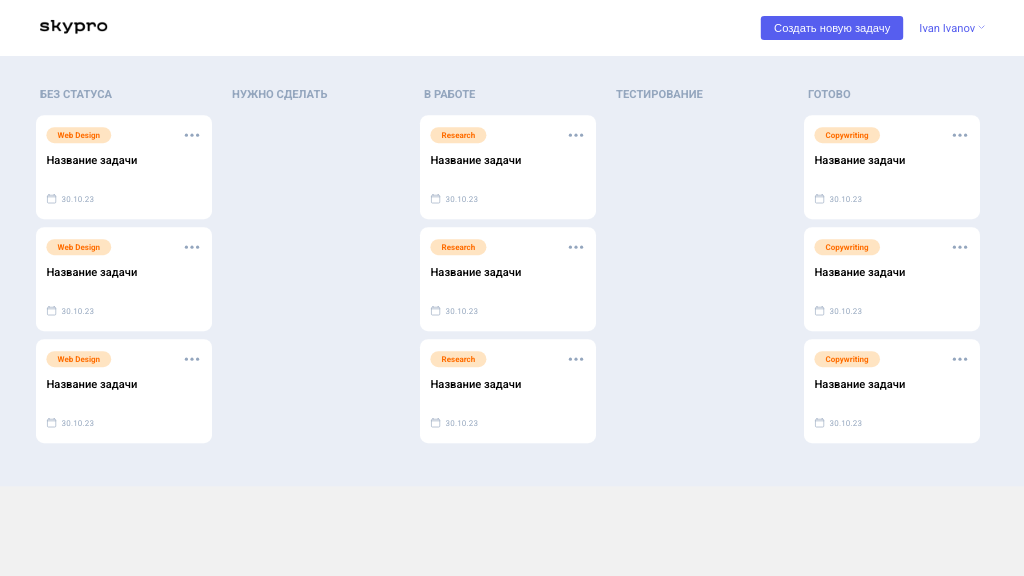
Repository: Olchik-resh/skypro-kanban
Page: /
The author's editor kept a copy of each file at every save. The page is drawn from the files as they stood at one save, then again after the next save.
The browser window is 1280 px wide. The pictures show the whole page, at 80% of full size.
The project was rebuilt for these pictures with package versions that can differ from the ones it lists, and the page was loaded fresh each time. Also part of the build but not shown: vite.config.js.

Above is the page before, as saved 2025-07-28 16:41:59.

After the next save:
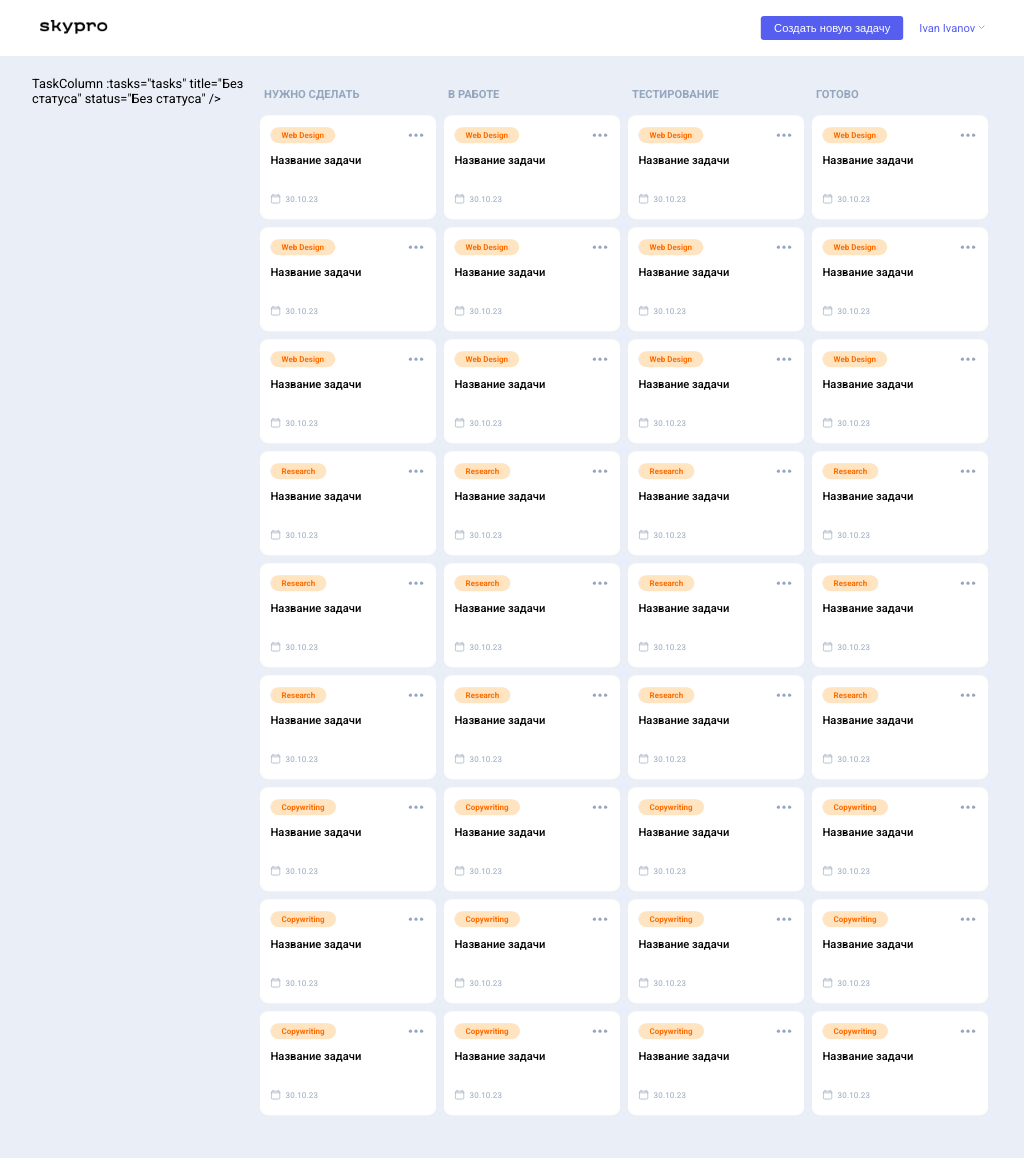
Saved 110 s later.
--- a/src/components/TaskDesk.vue
+++ b/src/components/TaskDesk.vue
@@ -3,11 +3,11 @@
     <div class="container">
       <div class="main__block">
         <div class="main__content">
-          <TaskColumn :tasks="noStatusTask" title="Без статуса" />
-          <TaskColumn :tasks="doStatusTask" title="Нужно сделать" />
-          <TaskColumn :tasks="workStatusTask" title="В работе" />
-          <TaskColumn :tasks="testStatusTask" title="Тестирование" />
-          <TaskColumn :tasks="readyStatusTask" title="Готово" />
+          TaskColumn :tasks="tasks" title="Без статуса" status="Без статуса" />
+          <TaskColumn :tasks="tasks" title="Нужно сделать" status="Нужно сделать" />
+          <TaskColumn :tasks="tasks" title="В работе" status="В работе" />
+          <TaskColumn :tasks="tasks" title="Тестирование" status="Тестирование" />
+          <TaskColumn :tasks="tasks" title="Готово" status="Готово" />
         </div>
       </div>
     </div>
